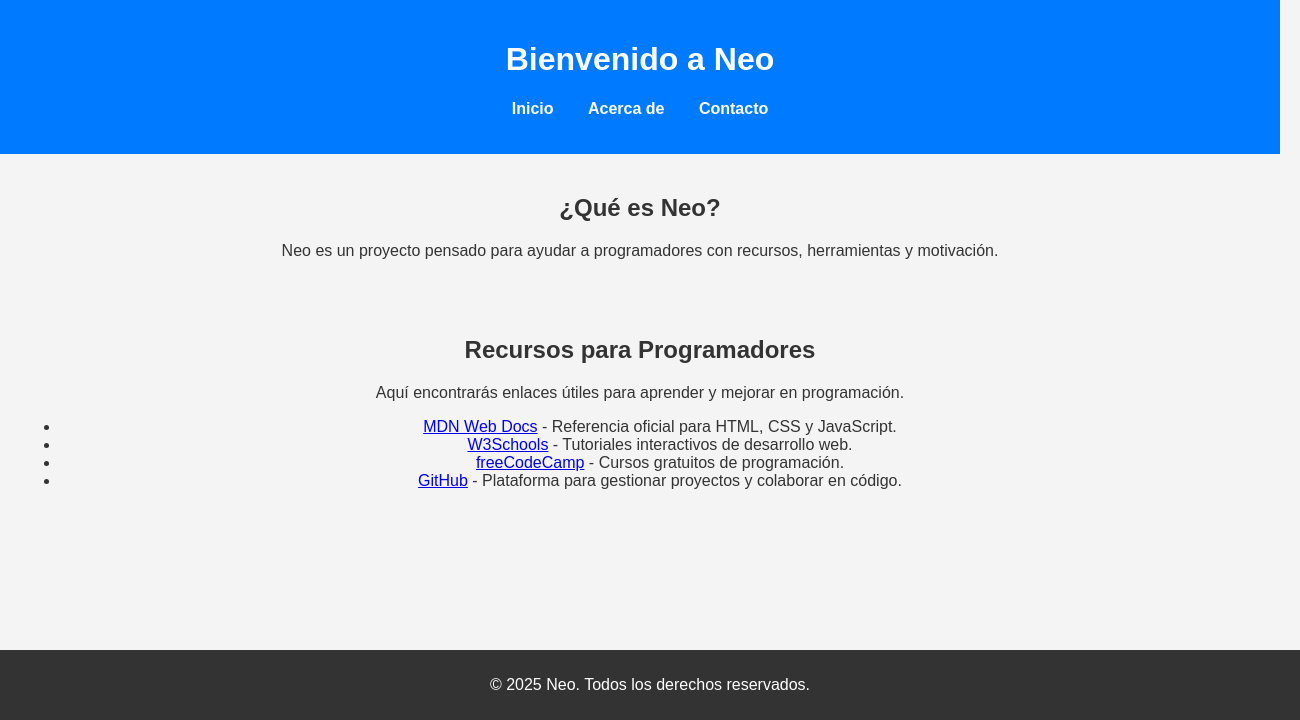
Repository: TapZc/getya_proyect
Page: index.html
These files come from the project's save history. The page is drawn as it stood at one moment and after the next save; the edit follows.
The browser window is 1280 px wide. The page is 1300 px wide, so the pictures cover 1300 px, including what lies to the right of the window. The pictures show the whole page.

Above is the page before, as saved 2025-02-21 07:02:55.

After the next save:
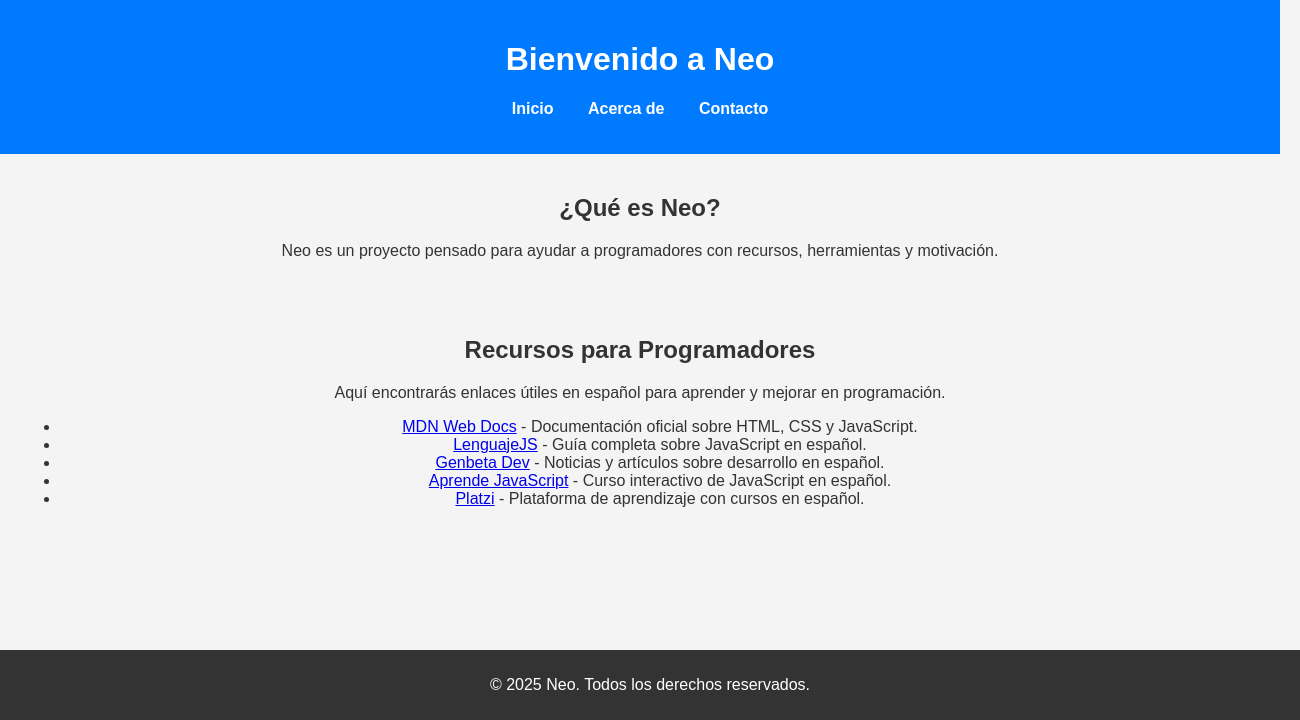
Saved 2 min 4 s later.
--- a/index.html
+++ b/index.html
@@ -25,14 +25,16 @@
 
     <section>
         <h2>Recursos para Programadores</h2>
-        <p>Aquí encontrarás enlaces útiles para aprender y mejorar en programación.</p>
+        <p>Aquí encontrarás enlaces útiles en español para aprender y mejorar en programación.</p>
         <ul>
-            <li><a href="https://developer.mozilla.org/es/" target="_blank">MDN Web Docs</a> - Referencia oficial para HTML, CSS y JavaScript.</li>
-            <li><a href="https://www.w3schools.com/" target="_blank">W3Schools</a> - Tutoriales interactivos de desarrollo web.</li>
-            <li><a href="https://www.freecodecamp.org/" target="_blank">freeCodeCamp</a> - Cursos gratuitos de programación.</li>
-            <li><a href="https://github.com/" target="_blank">GitHub</a> - Plataforma para gestionar proyectos y colaborar en código.</li>
+            <li><a href="https://developer.mozilla.org/es/" target="_blank">MDN Web Docs</a> - Documentación oficial sobre HTML, CSS y JavaScript.</li>
+            <li><a href="https://lenguajejs.com/" target="_blank">LenguajeJS</a> - Guía completa sobre JavaScript en español.</li>
+            <li><a href="https://www.genbeta.com/desarrollo" target="_blank">Genbeta Dev</a> - Noticias y artículos sobre desarrollo en español.</li>
+            <li><a href="https://aprendejavascript.org/" target="_blank">Aprende JavaScript</a> - Curso interactivo de JavaScript en español.</li>
+            <li><a href="https://platzi.com/" target="_blank">Platzi</a> - Plataforma de aprendizaje con cursos en español.</li>
         </ul>
     </section>
+
 
     <footer>
         <p>&copy; 2025 Neo. Todos los derechos reservados.</p>
